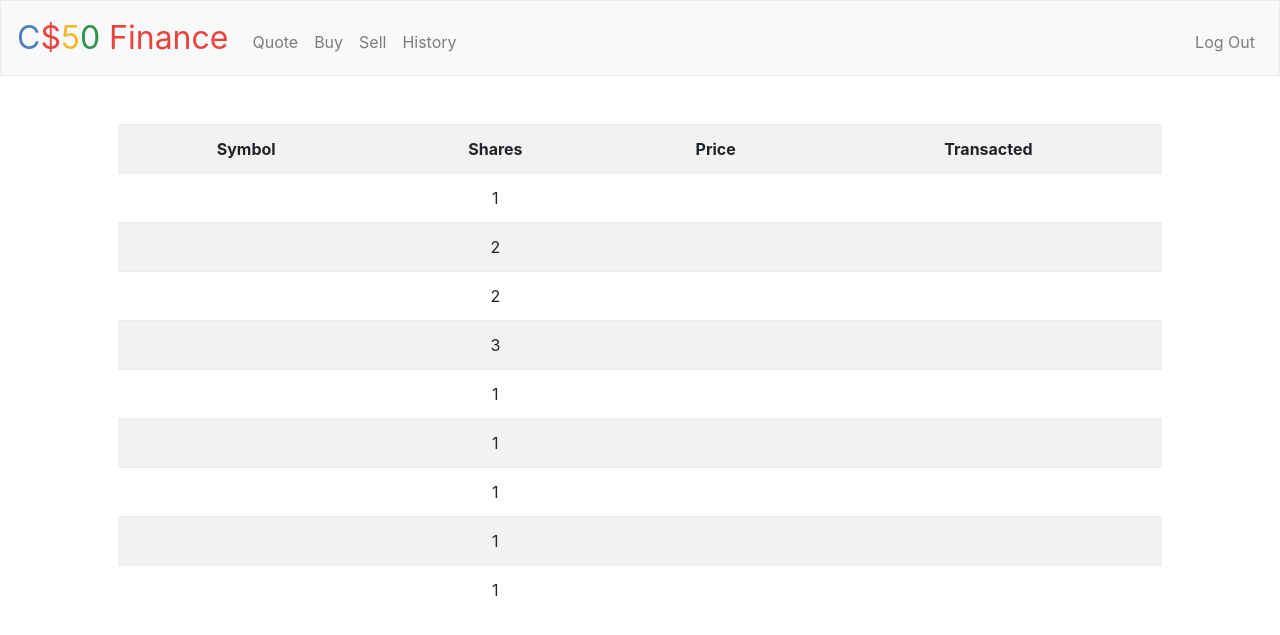
Repository: f41lure/cs50
Page: http://localhost/history
The author's editor kept a record of every edit. The page is drawn from the files as they stood at one moment, then again after the next edit.
The browser window is 1280 px wide. The pictures show the whole page.
Some web libraries are served in a nearby version. The page is served by the project's application, run on Flask 3 (pset7/finance/application.py). The session is filled in as if someone had signed in: {"user_id": 1}. The page reads the database file committed with the project.

Above is the page before.

### pset7/finance/templates/history.html
{% extends "layout.html" %}

{% block title %}
    History
{% endblock %}

{% block main %}
    <table class="table table-striped" style="width:100%">
      <tr>
        <th>Symbol</th>
        <th>Shares</th>
        <th>Price</th>
        <th>Transacted</th>
      </tr>
    {% for history in trans %}
      <tr>
        <td>{{ history.symbol }}</td>
        <td>{{ history.shares }}</td>
        <td>{{ history.price }}</td>
        <td>{{ history.transacted }}</td>
      </tr>
    {% endfor %}
    </table>

{% endblock %}

### pset7/finance/templates/layout.html
<!DOCTYPE html>

<html lang="en">

    <head>

        <!-- Required meta tags -->
        <meta charset="utf-8"/>
        <meta name="viewport" content="width=device-width, initial-scale=1, shrink-to-fit=no"/>

        <!-- documentation at http://getbootstrap.com/docs/4.0/, alternative themes at https://bootswatch.com/4-alpha/ -->
        <link href="https://maxcdn.bootstrapcdn.com/bootstrap/4.0.0-beta.2/css/bootstrap.min.css" rel="stylesheet"/>

        <link href="/static/styles.css" rel="stylesheet"/>

        <script src="https://code.jquery.com/jquery-3.1.1.min.js"></script>
        <script src="https://cdnjs.cloudflare.com/ajax/libs/popper.js/1.12.3/umd/popper.min.js"></script>
        <script src="https://maxcdn.bootstrapcdn.com/bootstrap/4.0.0-beta.2/js/bootstrap.min.js"></script>

        <title>C$50 Finance: {% block title %}{% endblock %}</title>

    </head>

    <body>

        <nav class="navbar navbar-expand-md navbar-light bg-light border">
            <a class="navbar-brand" href="/"><span class="blue">C</span><span class="red">$</span><span class="yellow">5</span><span class="green">0</span> <span class="red">Finance</span></a>
            <button aria-controls="navbar" aria-expanded="false" aria-label="Toggle navigation" class="navbar-toggler" data-target="#navbar" data-toggle="collapse" type="button">
                <span class="navbar-toggler-icon"></span>
            </button>
            <div class="collapse navbar-collapse" id="navbar">
                {% if session.user_id %}
                    <ul class="navbar-nav mr-auto mt-2">
                        <li class="nav-item"><a class="nav-link" href="/quote">Quote</a></li>
                        <li class="nav-item"><a class="nav-link" href="/buy">Buy</a></li>
                        <li class="nav-item"><a class="nav-link" href="/sell">Sell</a></li>
                        <li class="nav-item"><a class="nav-link" href="/history">History</a></li>
                    </ul>
                    <ul class="navbar-nav ml-auto mt-2">
                        <li class="nav-item"><a class="nav-link" href="/logout">Log Out</a></li>
                    </ul>
                {% else %}
                    <ul class="navbar-nav ml-auto mt-2">
                        <li class="nav-item"><a class="nav-link" href="/register">Register</a></li>
                        <li class="nav-item"><a class="nav-link" href="/login">Log In</a></li>
                    </ul>
                {% endif %}
            </div>
        </nav>

        {% if get_flashed_messages() %}
            <header>
                <div class="alert alert-primary border text-center" role="alert">
                    {{ get_flashed_messages() | join(" ") }}
                </div>
            </header>
        {% endif %}

        <main class="container p-5">
            {% block main %}{% endblock %}
        </main>

    </body>

</html>

### pset7/finance/application.py
from cs50 import SQL
from flask import Flask, flash, redirect, render_template, request, session, url_for
from flask_session import Session
from passlib.apps import custom_app_context as pwd_context
from tempfile import mkdtemp
import re
from helpers import *

# configure application
app = Flask(__name__)

# ensure responses aren't cached
if app.config["DEBUG"]:
    @app.after_request
    def after_request(response):
        response.headers["Cache-Control"] = "no-cache, no-store, must-revalidate"
        response.headers["Expires"] = 0
        response.headers["Pragma"] = "no-cache"
        return response

# custom filter
app.jinja_env.filters["usd"] = usd

# configure session to use filesystem (instead of signed cookies)
app.config["SESSION_FILE_DIR"] = mkdtemp()
app.config["SESSION_PERMANENT"] = False
app.config["SESSION_TYPE"] = "filesystem"
Session(app)

# configure CS50 Library to use SQLite database
db = SQL("sqlite:///finance.db")

@app.route("/")
@login_required
def index():

    data = db.execute("""SELECT * FROM record WHERE id = :id""", id=session["user_id"])
    grand_tot = 0
    cash_info = db.execute("SELECT cash FROM users WHERE id = :id", id=session["user_id"])
    for row in data:
        symbol = row["stock"]
        shares = row["amount"]
        stock = lookup(symbol)
        total = shares * float(stock["price"])
        grand_tot += total
        db.execute("UPDATE record SET price=:price, \
                    value=:total WHERE id=:id AND stock=:symbol", \
                    price=usd(stock["price"]), \
                    total=usd(total), id=session["user_id"], symbol=symbol)
    grand_tot += cash_info[0]["cash"]
    new_data = db.execute("SELECT * from record \
                                    WHERE id=:id", id=session["user_id"])
    return render_template("index.html", stocks=new_data, cash = usd(cash_info[0]["cash"]), total = usd(grand_tot))


@app.route("/buy", methods=["GET", "POST"])
@login_required
def buy():
    """Buy shares of stock."""
    if request.method == "POST":
        if not request.form.get("symbol"):
            return apology("Enter a symbol.")
        symb = lookup(request.form.get("symbol"))

        if not symb:
            return apology("Invalid symbol. Re-enter.")

        try:
            shares = int(request.form.get("shares"))
            if shares < 0:
                return apology("Shares must be positive integer")
        except:
            return apology("Shares must be positive integer")


        cash_info = db.execute("SELECT cash FROM users WHERE id = :id", id=session["user_id"])
        if float(cash_info[0]["cash"]) < symb["price"] * shares:
            return apology("Not enough funds.")

        name_of_us = db.execute("""SELECT * FROM users WHERE id = :id""", id=session["user_id"])

        name = name_of_us[0]["username"]

        db.execute("UPDATE users SET cash = cash - :purchase WHERE id = :id", id=session["user_id"], purchase=symb["price"] * float(shares))

        new_cash = db.execute("SELECT * FROM users WHERE id = :id", id=session["user_id"])

        foo = new_cash[0]["cash"]



        # Table which records all transactions ever made

        db.execute("""INSERT INTO trans (id, stock, shares, total, type)
                      VALUES (:id, :stock, :shares, :total, :type)""",
                    id=session.get("user_id"),
                    stock=request.form.get("symbol"),
                    shares=shares,
                    total = symb["price"] * shares,
                    type="buy")

        previous_shares = db.execute("""SELECT amount FROM record WHERE stock = :stock AND id = :id""", stock=request.form.get("symbol"), id=session["user_id"])
        previous_value = db.execute("""SELECT value FROM record WHERE stock = :stock AND id = :id""", stock=request.form.get("symbol"), id=session["user_id"])

        if not previous_shares:
            db.execute("""INSERT INTO record (id, stock, amount, price, value)
                          VALUES (:id, :stock, :amount, :price, :value)""",
                        id=session.get("user_id"),
                        stock=request.form.get("symbol"),
                        amount=shares,
                        price=symb["price"],
                        value = symb["price"] * shares)
        else:
            new_amount = int(previous_shares[0]["amount"]) + shares
            new_value = int(previous_value[0]["value"] + symb["price"]) * shares

            db.execute("""UPDATE record SET amount = :amount WHERE id = :id AND stock = :stock""", amount = new_amount, id=session["user_id"], stock=request.form.get("symbol"))
            db.execute("""UPDATE record SET value = :value WHERE id = :id AND stock = :stock""", value = new_value, id=session["user_id"], stock=request.form.get("symbol"))

        return redirect(url_for("index"))

    else:
        return render_template("buy.html")

@app.route("/history")
@login_required
def history():
    histories = db.execute("SELECT * from trans WHERE id=:id", id=session["user_id"])

    return render_template("history.html", trans=histories)

@app.route("/login", methods=["GET", "POST"])
def login():
    """Log user in."""

    # forget any user_id
    session.clear()

    # if user reached route via POST (as by submitting a form via POST)
    if request.method == "POST":

        # ensure username was submitted
        if not request.form.get("username"):
            return apology("must provide username")

        # ensure password was submitted
        elif not request.form.get("password"):
            return apology("must provide password")

        # query database for username
        rows = db.execute("SELECT * FROM users WHERE username = :username", username=request.form.get("username"))

        # ensure username exists and password is correct
        if len(rows) != 1 or not pwd_context.verify(request.form.get("password"), rows[0]["hash"]):
            return apology("invalid username and/or password")

        # remember which user has logged in
        session["user_id"] = rows[0]["id"]

        # redirect user to home page
        return redirect(url_for("index"))

    # else if user reached route via GET (as by clicking a link or via redirect)
    else:
        return render_template("login.html")

@app.route("/logout")
def logout():
    """Log user out."""

    # forget any user_id
    session.clear()

    # redirect user to login form
    return redirect(url_for("login"))

@app.route("/quote", methods=["GET", "POST"])
@login_required
def quote():
    """Get stock quote."""
    if request.method == "POST":
        symbol = lookup(request.form.get("symbol"))
        if not symbol:
            return apology("Invalid symbol. Please re-enter.")
        return render_template("quoted.html", stock=usd(symbol))

    elif request.method == "GET":
        return render_template("quote.html")

@app.route("/register", methods=["GET", "POST"])
def register():

    if request.method == "POST":
        if not request.form.get("username") or not request.form.get("password") or request.form.get("password") != request.form.get("confirmation"):
            return apology("retry", 400)

        # insert the new user into users, storing the hash of the user's password
        result = db.execute("INSERT INTO users (username, hash, cash) \
                             VALUES(:username, :hash, :cash)", \
                             username=request.form.get("username"), \
                             hash=pwd_context.hash(request.form.get("password")), \
                             cash=10000)

        if not result:
            return apology("Username already exist")

        # remember which user has logged in
        session["user_id"] = result

        # redirect user to home page
        return redirect(url_for("index"))

    else:
        return render_template("register.html")

@app.route("/sell", methods=["GET", "POST"])
@login_required
def sell():
    """Sell shares of stock."""
    if request.method == "POST":
        if not request.form.get("symbol"):
            return apology("Enter a symbol.")
        symb = lookup(request.form.get("symbol"))

        if not symb:
            return apology("Invalid symbol. Re-enter.")

        try:
            shares = int(request.form.get("shares"))
            if shares < 0:
                return apology("Shares must be positive integer")
        except:
            return apology("Shares must be positive integer")


        cash_info = db.execute("SELECT cash FROM users WHERE id = :id", id=session["user_id"])


        name_of_us = db.execute("""SELECT * FROM users WHERE id = :id""", id=session["user_id"])

        name = name_of_us[0]["username"]

        db.execute("UPDATE users SET cash = cash + :purchase WHERE id = :id", id=session["user_id"], purchase=symb["price"] * float(shares))

        new_cash = db.execute("SELECT * FROM users WHERE id = :id", id=session["user_id"])

        foo = new_cash[0]["cash"]



        # Table which records all transactions ever made

        db.execute("""INSERT INTO trans (id, stock, shares, total, type)
                      VALUES (:id, :stock, :shares, :total, :type)""",
                    id=session.get("user_id"),
                    stock=request.form.get("symbol"),
                    shares=shares,
                    total = symb["price"] * shares,
                    type="sell")

        previous_shares = db.execute("""SELECT amount FROM record WHERE stock = :stock AND id = :id""", stock=request.form.get("symbol"), id=session["user_id"])
        previous_value = db.execute("""SELECT value FROM record WHERE stock = :stock AND id = :id""", stock=request.form.get("symbol"), id=session["user_id"])

        if not previous_shares:
            # db.execute("""INSERT INTO record (id, stock, amount, price, value)
            #               VALUES (:id, :stock, :amount, :price, :value)""",
            #             id=session.get("user_id"),
            #             stock=request.form.get("symbol"),
            #             amount=shares,
            #             price=symb["price"],
            #             value = symb["price"] * shares)
            return apology("Can't sell something you don't have", 400)

        else:
            new_amount = int(previous_shares[0]["amount"]) - shares
            new_value = float(float(previous_value[0]["value"][1:]) - symb["price"]) * shares

            db.execute("""UPDATE record SET amount = :amount WHERE id = :id AND stock = :stock""", amount = new_amount, id=session["user_id"], stock=request.form.get("symbol"))
            db.execute("""UPDATE record SET value = :value WHERE id = :id AND stock = :stock""", value = new_value, id=session["user_id"], stock=request.form.get("symbol"))

        return redirect(url_for("index"))

    else:
        return render_template("sell.html")

### pset7/finance/helpers.py
import csv
import os
import urllib.request

from flask import redirect, render_template, request, session
from functools import wraps


def apology(message, code=400):
    """Render message as an apology to user."""
    def escape(s):
        """
        Escape special characters.

        https://github.com/jacebrowning/memegen#special-characters
        """
        for old, new in [("-", "--"), (" ", "-"), ("_", "__"), ("?", "~q"),
                         ("%", "~p"), ("#", "~h"), ("/", "~s"), ("\"", "''")]:
            s = s.replace(old, new)
        return s
    return render_template("apology.html", top=code, bottom=escape(message)), code


def login_required(f):
    """
    Decorate routes to require login.

    http://flask.pocoo.org/docs/0.12/patterns/viewdecorators/
    """
    @wraps(f)
    def decorated_function(*args, **kwargs):
        if session.get("user_id") is None:
            return redirect("/login")
        return f(*args, **kwargs)
    return decorated_function


def lookup(symbol):
    """Look up quote for symbol."""

    # Reject symbol if it starts with caret
    if symbol.startswith("^"):
        return None

    # Reject symbol if it contains comma
    if "," in symbol:
        return None

    # Query Alpha Vantage for quote
    # https://www.alphavantage.co/documentation/
    try:

        # GET CSV
        url = f"https://www.alphavantage.co/query?apikey={os.getenv('API_KEY')}&datatype=csv&function=TIME_SERIES_INTRADAY&interval=1min&symbol={symbol}"
        webpage = urllib.request.urlopen(url)

        # Parse CSV
        datareader = csv.reader(webpage.read().decode("utf-8").splitlines())

        # Ignore first row
        next(datareader)

        # Parse second row
        row = next(datareader)

        # Ensure stock exists
        try:
            price = float(row[4])
        except:
            return None

        # Return stock's name (as a str), price (as a float), and (uppercased) symbol (as a str)
        return {
            "price": price,
            "symbol": symbol.upper()
        }

    except:
        return None


def usd(value):
    """Format value as USD."""
    return f"${value:,.2f}"

### pset7/finance/finance.db (the tables this page reads, as SQL)
CREATE TABLE 'trans' ('id' INTEGER, 'stock' TEXT, 'shares' INTEGER, 'total' INTEGER, 'type' TEXT);
INSERT INTO "trans" VALUES
(1, 'DAX', 1, 30.56, 'buy'),
(1, 'DAX', 2, 61.12, 'buy'),
(1, 'DAX', 2, 61.12, 'sell'),
(1, 'DAX', 3, 9.16799999999999926e+01, 'sell'),
(1, 'DAX', 1, 30.74, 'sell'),
(1, 'DAX', 1, 30.74, 'sell'),
(1, 'DAX', 1, 30.74, 'sell'),
(1, 'DAX', 1, 30.74, 'sell'),
(1, 'DAX', 1, 30.74, 'sell');

Loaded but not shown: pset7/finance/static/styles.css (common file)

After the next edit:
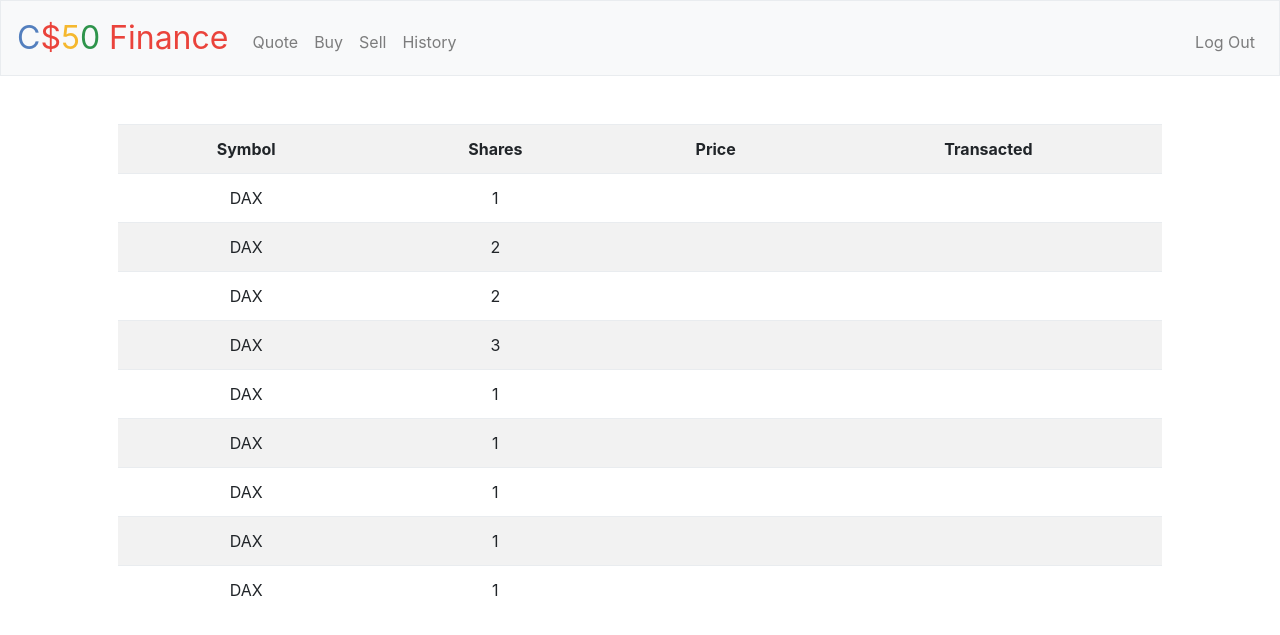
The edit:
--- a/pset7/finance/templates/history.html
+++ b/pset7/finance/templates/history.html
@@ -14,7 +14,7 @@
       </tr>
     {% for history in trans %}
       <tr>
-        <td>{{ history.symbol }}</td>
+        <td>{{ history.stock }}</td>
         <td>{{ history.shares }}</td>
         <td>{{ history.price }}</td>
         <td>{{ history.transacted }}</td>
